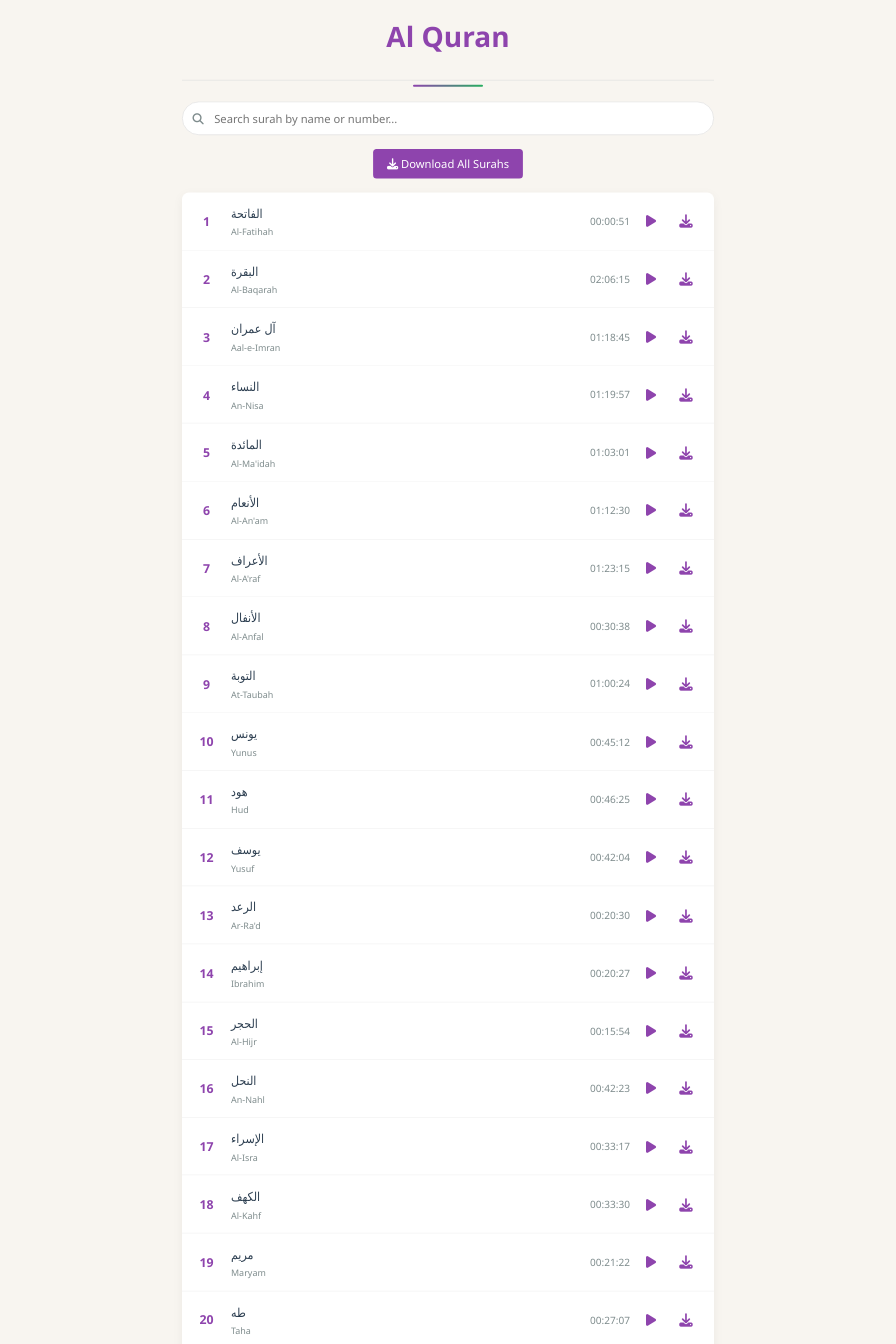
Repository: MohdKaarim/quran
Page: app/src/main/assets/Test.html
The author's editor kept a copy of each file at every save. The page is drawn from the files as they stood at one save, then again after the next save.
The browser window is 1280 px wide. The pictures show the part of the page from y = 0 to 1920 px (the page is 9873 px tall before and 9811 px after), at 70% of full size.

Above is the page before, as saved 2025-07-07 22:47:35.

After the next save:
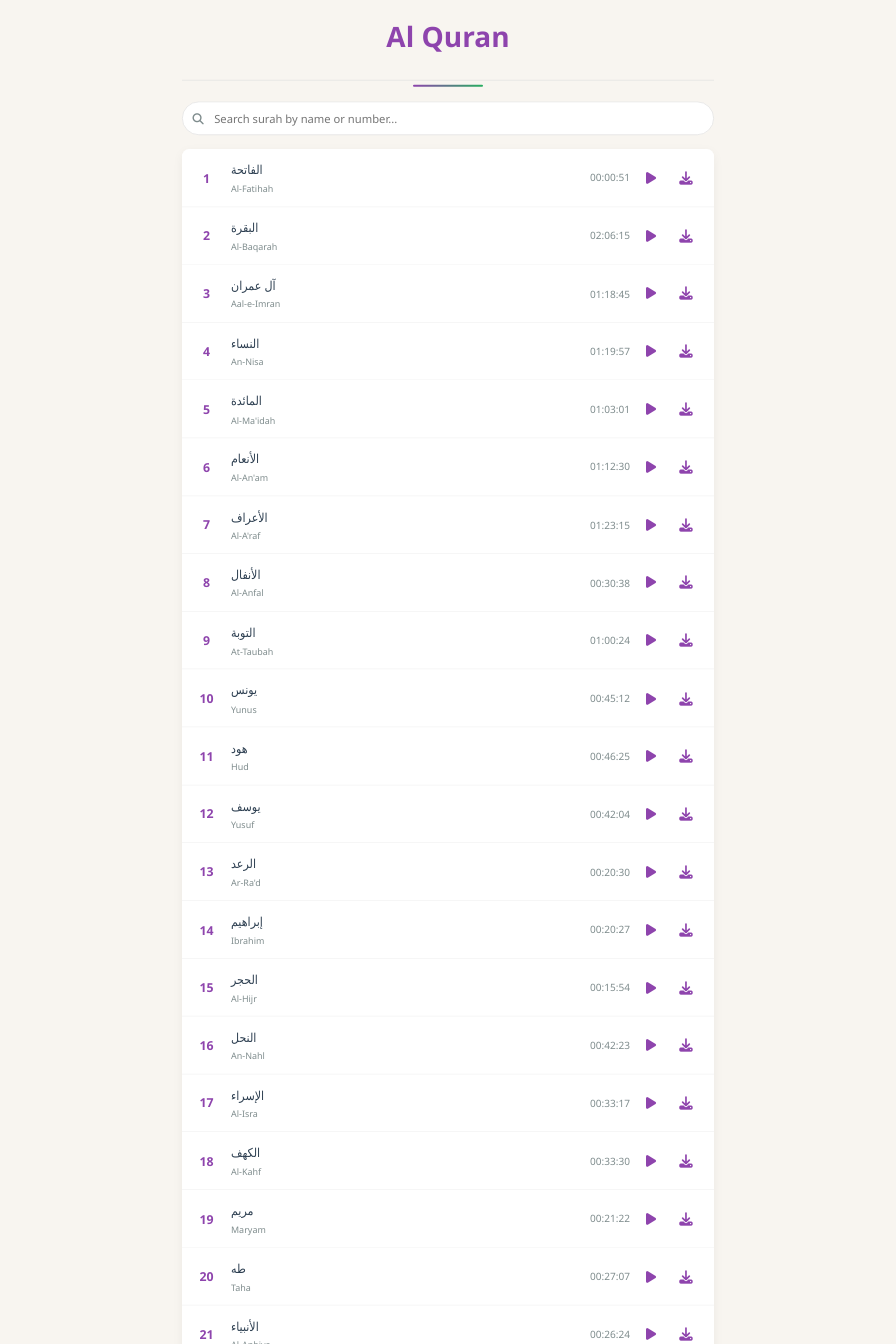
Saved 24 min 16 s later.
--- a/app/src/main/assets/Test.html
+++ b/app/src/main/assets/Test.html
@@ -204,11 +204,7 @@
         <label for="search-input"></label><input type="text" id="search-input" placeholder="Search surah by name or number...">
   </div>
 
-  <div>
-    <button onclick="downloadAll()" style="display:block; margin: 20px auto; padding: 10px 20px; font-size: 16px; background-color:#8e44ad; color:white; border:none; border-radius:5px;">
-        <i class="fas fa-download"></i> Download All Surahs
-        </button>
-  </div>
+  <div></div>
   <div class="surah-list" id="surah-list">
         <div class="no-results" id="no-results">
             <i class="fas fa-search" style="font-size: 2rem; margin-bottom: 10px;"></i>
